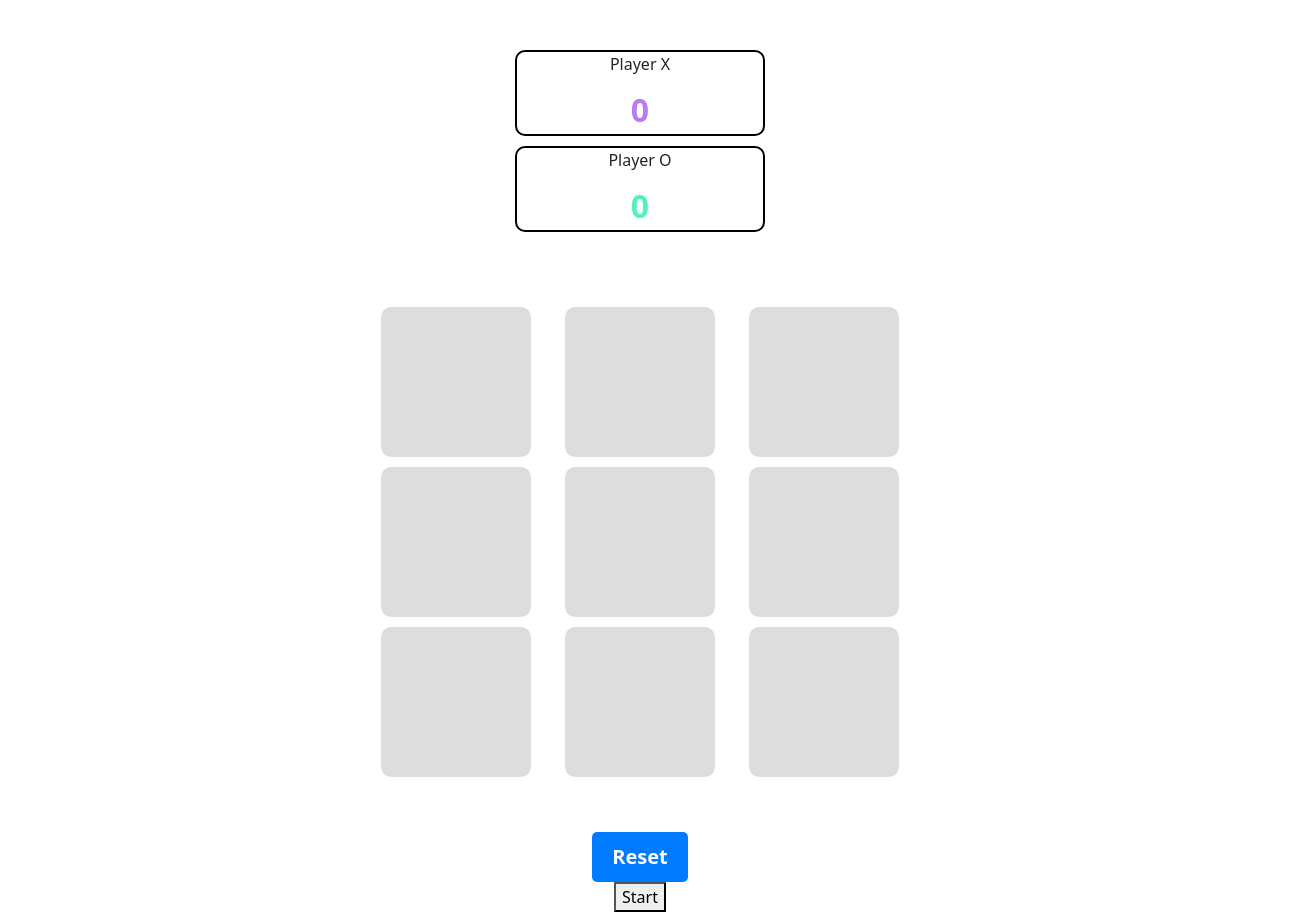
Repository: woodsdeshe/Tic-Tac-Toe
Page: index.html
The author's editor kept a copy of each file at every save. The page is drawn from the files as they stood at one save, then again after the next save.
The browser window is 1280 px wide. The page is 1292 px wide, so the pictures cover 1292 px, including what lies to the right of the window. The pictures show the whole page.

Above is the page before, as saved 2023-03-31 21:13:49.

### index.html
<!DOCTYPE html>
<html lang="en">
  <head>
    <meta charset="UTF-8" />
    <meta http-equiv="X-UA-Compatible" content="IE=edge" />
    <meta name="viewport" content="width=device-width, initial-scale=1.0" />
    <title>Tic Tac Toe | DeShe Woods</title>
    <link rel="stylesheet" href="styles.css" />
    <link
      href="https://cdn.jsdelivr.net/npm/bootstrap@5.3.0-alpha2/dist/css/bootstrap.min.css"
      rel="stylesheet"
      integrity="sha384-aFq/bzH65dt+w6FI2ooMVUpc+21e0SRygnTpmBvdBgSdnuTN7QbdgL+OapgHtvPp"
      crossorigin="anonymous"
    />
  </head>
  <body>
    <div class="container">
      <div class="row">
        <div class="col-12 scoreboard scoreboard-left">
          <div>Player X</div>
          <div class="score-x">0</div>
        </div>
        <div class="col-12 scoreboard scoreboard-right">
          <div>Player O</div>
          <div class="score-o">0</div>
        </div>
      </div>
      <div class="message"></div>
      <div class="container game-board">
        <div class="row">
          <div class="col-4">
            <div class="tile square-1"></div>
          </div>
          <div class="col-4">
            <div class="tile square-2"></div>
          </div>
          <div class="col-4">
            <div class="tile square-3"></div>
          </div>
        </div>
        <div class="row">
          <div class="col-4">
            <div class="tile square-4"></div>
          </div>
          <div class="col-4">
            <div class="tile square-5"></div>
          </div>
          <div class="col-4">
            <div class="tile square-6"></div>
          </div>
        </div>
        <div class="row">
          <div class="col-4">
            <div class="tile square-7"></div>
          </div>
          <div class="col-4">
            <div class="tile square-8"></div>
          </div>
          <div class="col-4">
            <div class="tile square-9"></div>
          </div>
        </div>
      </div>
      </div>
      <div class="row">
        <div class="col">
          <div class="reset">
            <button class="reset-btn">Reset</button>
          </div>
        </div>
        <div class="start">
          <button class="startBtn">Start</button>
        </div>
      </div>
    </div>
    <script
      src="https://cdn.jsdelivr.net/npm/bootstrap@5.3.0-alpha2/dist/js/bootstrap.bundle.min.js"
      integrity="sha384-qKXV1j0HvMUeCBQ+QVp7JcfGl760yU08IQ+GpUo5hlbpg51QRiuqHAJz8+BrxE/N"
      crossorigin="anonymous"
    ></script>
    <script src="script.js"></script>
  </body>
</html>

### styles.css
.container {
  display: flex;
  flex-direction: column;
  align-items: center;
  margin-top: 50px;
}

.scoreboard {
  display: flex;
  flex-direction: column;
  align-items: center;
  border: 2px solid black;
  border-radius: 10px;
  width: 200px;
}

.scoreboard-left {
  margin-right: 70px;
  margin-bottom: 10px;
}

.scoreboard-right {
  margin: 0;
}

.score-x {
  font-size: 48px;
  color: rgb(184, 123, 241);
}

.score-o {
  font-size: 48px;
  color: rgb(83, 240, 193);
}

.score-x,
.score-o {
  font-size: 2em;
  font-weight: bold;
  margin-top: 10px;
}

.message {
  font-size: 2em;
  margin-bottom: 20px;
}

.game-board {
  display: flex;
  justify-content: center;
}

.tile {
  width: 150px;
  height: 150px;
  background-color: #ddd;
  margin: 5px;
  border-radius: 10px;
  display: flex;
  justify-content: center;
  align-items: center;
  font-size: 50px;
  font-weight: bold;
  cursor: pointer;
}

.reset {
  text-align: center;
  margin-top: 50px;
}

.reset-btn {
  font-size: 20px;
  font-weight: bold;
  padding: 10px 20px;
  background-color: #007bff;
  color: white;
  border-radius: 5px;
  border: none;
  cursor: pointer;
}

.start {
    text-align: center;
    margin-top: 10px;
}

.x-symbol {
    color: rgb(184, 123, 241);
}

.o-symbol {
    color: rgb(83, 240, 193);
}

@media (max-width: 767px) {
  .scoreboard {
    margin-bottom: 20px;
  }
}

### script.js
// Variables that access the squares, reset button, scoreboards , and messaging for the game that will stay constant
const gameBoard = document.querySelector(".game-board");
const resetBtn = document.querySelector(".reset-btn");
const scoreboardX = document.querySelector(".score-x");
const scoreboardO = document.querySelector(".score-o");
const message = document.querySelector(".message");
const tile = document.querySelectorAll(".tile");

// Variables that access the current player, game over, X and O scores that will change based on conditions of the game
let currentPlayer = "X";
let gameOver = false;
let xScore = 0;
let oScore = 0;

// This event listener will check to see if the tiles are empty and will fill them with the symbol of the current player

gameBoard.addEventListener("click", (event) => {
  event.preventDefault();

  //This if statement checks to see if the game is over before allowing the players to continue playing. If gameOver is true, then the board becomes unclickable
  if (gameOver) {
    return;
  }

  // This variable will hold the square that gets clicked using the .target property
  const square = event.target;

  // Checks to see if the square contains a class of tile and the square is empty. If it's empty then the square will contain a symbol and alternate the symbol according to the current player
  if (square.classList.contains("tile") && square.textContent === "") {
    // This if statement adds or removes the appropriate symbol class based on the current player so that the colors of the symbols will be different
    if (currentPlayer === "X") {
      square.classList.add("x-symbol");
      square.classList.remove("o-symbol");
    } else {
      square.classList.add("o-symbol");
      square.classList.remove("x-symbol");
    }

    square.textContent = currentPlayer;

    //Updates the message variable to show who's turn it is on the screen
    message.textContent = `It's ${currentPlayer} turn`;

    currentPlayer = currentPlayer === "X" ? "O" : "X";
  }

  //Calls the checkForWinner function after each turn to see if a player has won
  checkForWinner();
});

// Check to see if the tiles contain a winning play of a specific player
function currentPlay(plays, player) {
  // The .every method checks through every tile within the player array that checks to see if they contain the current players symbol with a boolean "true" or "false"
  return plays.every((tile) => {
    tileElement = document.querySelector(`.square-${tile}`);
    return tileElement.textContent === player;
  });
}

// This function will check to see which player has the winning set after each move
function checkForWinner() {
  // Nested arrays that show all the winning plays that are needed to win
  const winningPlays = [
    [1, 2, 3],
    [4, 5, 6],
    [7, 8, 9],
    [1, 4, 7],
    [2, 5, 8],
    [3, 6, 9],
    [1, 5, 9],
    [3, 5, 7],
  ];

  // Loops through each array within "winingPlays" and stores the values in the variable "plays"
  for (let i = 0; i < winningPlays.length; i++) {
    const plays = winningPlays[i];

    // Create if/else conditions that will check to see if the current player has a winning play thats in 'winningPlays', if no one wins, it calls the "itsATie" function to alert the players that the game is over and prevents the players from continuing to play using th endGame function"
    if (currentPlay(plays, "X")) {
      xScore++;
      scoreboardX.textContent = xScore;
      message.textContent = "Player X Wins!";
      gameOver = true;
      endGame();
    } else if (currentPlay(plays, "O")) {
      oScore++;
      scoreboardO.textContent = oScore;
      message.textContent = "Player O Wins!";
      gameOver = true;
      endGame();
    } else if (itsATie()) {
      message.textContent = "Game over! It's a tie!!!";
      gameOver = true;
      endGame();
    }
  }

  // This function iterates through all the tiles on the board and checks to see if the board is full. If there isn't any empty tiles left, it returns true.
  function itsATie() {
    for (let i = 0; i < tile.length; i++) {
      if (tile[i].textContent === "") {
        return false;
      }
    }
    return true;
  }

  // This function iterates through all the tiles in the game and removes the gameBoard listener so that the board is no longer clickable when the game is over
  function endGame() {
    for (let i = 0; i < tile.length; i++) {
      tile[i].removeEventListener("click", handleClick);
    }
  }
}

//This function resets the game
function resetGame() {
  currentPlayer = "X";
  gameOver = false;
  message.textContent = `It's ${currentPlayer} turn`;
  scoreboardX.textContent = "0";
  scoreboardO.textContent = "0";
  xScore = 0;
  oScore = 0;

  // Clears the board by setting the text content of all tiles to an empty string
  tile.forEach((tile) => {
    tile.textContent = "";
  });

  // Add back the event listener to each tile so that they are clickable again
  tile.forEach((tile) => {
    tile.addEventListener("click", handleTileClick);
  });
}

resetBtn.addEventListener("click", () => {
  resetGame();
});

After the next save:
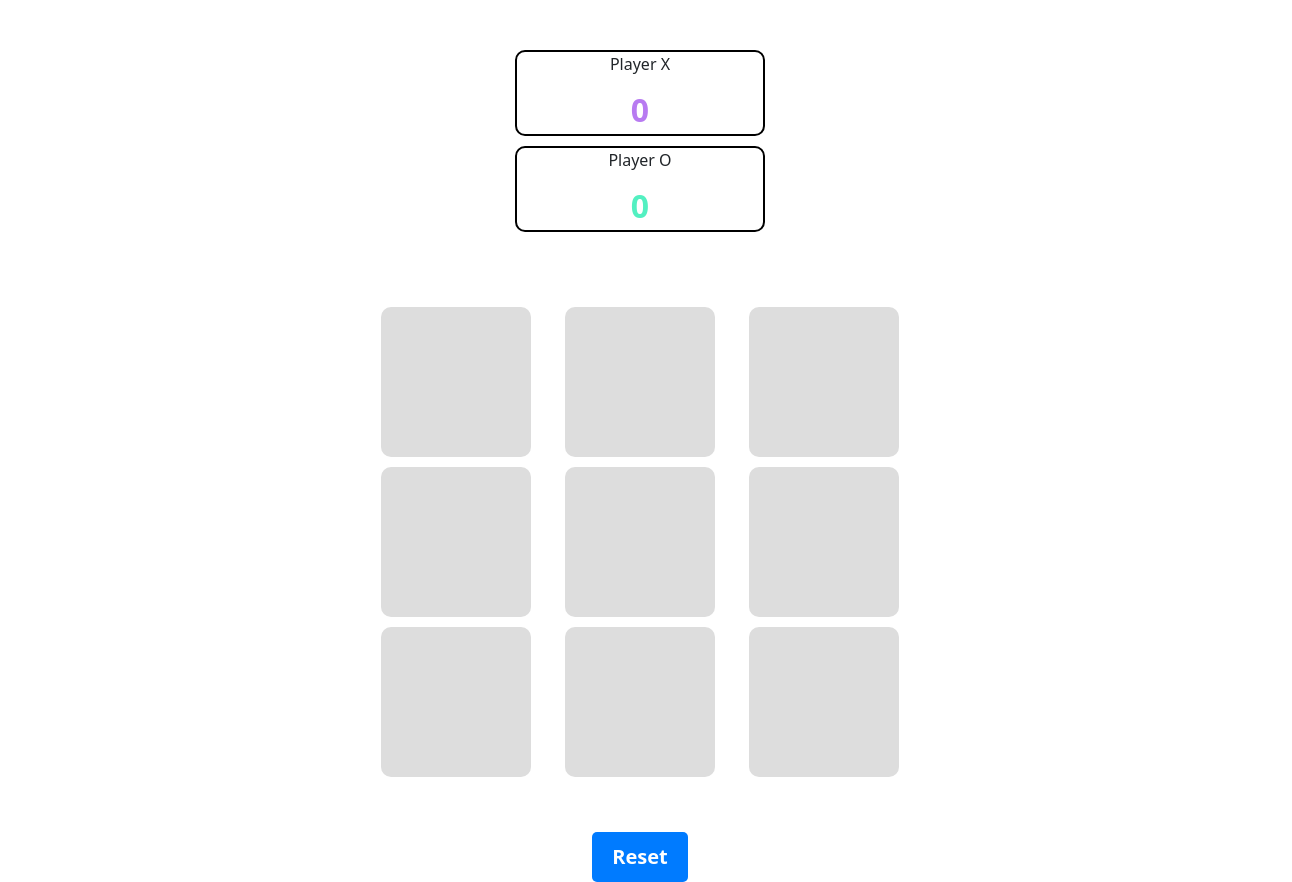
Saved 8 s later.
--- a/index.html
+++ b/index.html
@@ -68,9 +68,7 @@
             <button class="reset-btn">Reset</button>
           </div>
         </div>
-        <div class="start">
-          <button class="startBtn">Start</button>
-        </div>
+
       </div>
     </div>
     <script
